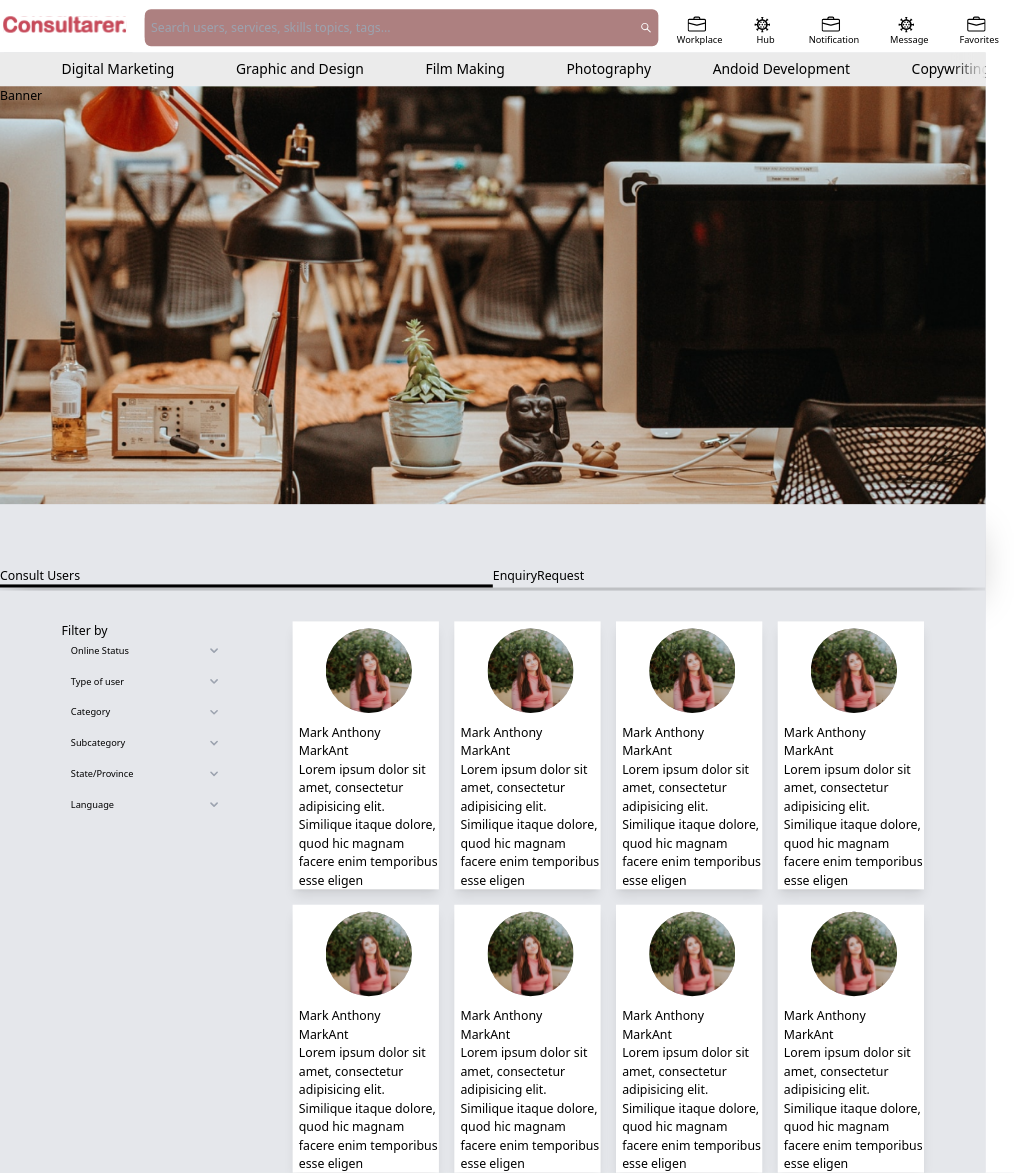
Repository: hisreal123/Consultarer
Page: /
An editor plug-in stored every save of this project. The page is shown before and after a run of saves, followed by the edit.
The browser window is 1280 px wide. The page is 1317 px wide, so the pictures cover 1317 px, including what lies to the right of the window. The pictures show the whole page, at 77% of full size.
The project was rebuilt for these pictures with package versions that can differ from the ones it lists, and the page was loaded fresh each time. The framework's server and built-in components were replaced by stand-ins that run in the browser. Also part of the build but not shown: next.config.js, webpack.config.js, components/Filter/Sortby.js.

Above is the page before, as saved 2022-04-26 00:20:14.

### pages/_app.js
import Layout from "../components/Layout";
import "../styles/globals.css";



function MyApp({ Component, pageProps }) {
  return (
    <Layout>
      <Component {...pageProps} />
    </Layout>
  );
}

export default MyApp;

### pages/index.js
import Head from "next/head";
import Image from "next/image";
import CatList from "../components/Category/CatList";
import { CatLinkData } from "../utils/CatLinkdata";
import { Banner } from "../components/Banner/Banner";
import { ContentTab } from "../components/CardContent/ContentTab";

export default function Home({ data }) {
  return (
    <div className=" ">
      <Head>
        <title>Cosultarer.</title>
        <meta name="description" content="Generated by create next app" />
        <link rel="icon" href="/favicon.ico" />
      </Head>

      <main className="bg-gray-200">
        <CatList allCatLinkData={data} />
        <Banner />
        <ContentTab />
      </main>
    </div>
  );
}

export async function getStaticProps() {
  return {
    props: {
      data: CatLinkData,
    },
    revalidate: 4 * 60 * 60,
  };
}

### components/Layout.js
import React from "react";
import { TopNav } from "./TopNav/TopNav";

const Layout = ({ children , toggle}) => {
  return (
    <div className="relative">
      <TopNav toggle={toggle}/>
      {children}
    </div>
  );
};

export default Layout;

### components/Category/CatList.js
import React from "react";
import ListLink from "./ListLink";
const CatList = ({ allCatLinkData }) => {
  return (
    <div className="relative  overflow-hidden ">
      <div className="relative">
        <ListLink data={allCatLinkData} />
      </div>
    </div>
  );
};

export default CatList;

### utils/CatLinkdata.js
// Json Array for CarTegory Section
export const CatLinkData = [
  {
    id: 1,
    Category: " Digital Marketing",
  },
  {
    id: 2,
    Category: " Graphic and Design",
  },
  {
    id: 3,
    Category: " Film Making",
  },
  {
    id: 4,
    Category: " Photography ",
  },
  {
    id: 5,
    Category: " Andoid Development ",
  },
  {
    id: 6,
    Category: " Copywriting ",
  },

  {
    id: 7,
    Category: " Photography ",
  },
  {
    id: 8,
    Category: " Andoid Development ",
  },
  {
    id: 9,
    Category: " Copywriting ",
  },
  {
    id: 10,
    Category: " Digital Marketing",
  },
  {
    id: 11,
    Category: " Graphic and Design",
  },
  {
    id: 12,
    Category: " Film Making",
  },
  {
    id: 13,
    Category: " Photography ",
  },
  {
    id: 14,
    Category: " Andoid Development ",
  },
  {
    id: 15,
    Category: " Copywriting ",
  },

  {
    id: 16,
    Category: " Photography ",
  },
  {
    id: 17,
    Category: " Andoid Development ",
  },
  {
    id: 18,
    Category: " Copywriting ",
  },
]; // End of CatLinks

// for Link Data

### components/Banner/Banner.js
import React from "react";

export const Banner = () => {
  return (
    <div className=" h-[543px]  bg-gray-200 bg-hero bg-origin-content bg-right md:bg-center bg-cover bg-no-repeat  ">
      Banner
    </div>
  );
};

### components/CardContent/ContentTab.js
import { React, Fragment, useState } from "react";
import { EnquiryRequest } from "./EnquiryRequest";
import { ConsultUsers } from "./ConsultUsers";

export const ContentTab = () => {
  const [index, setIndex] = useState(0);
  return (
    <div className="Tabs">
      <div className="tabList  grid grid-cols-2 pt-20 bg-gray-200 mb-1 shadow-2xl z-30">
        <div
          className={`tabHead   ${
            index === 0 ? " border-b-4 border-b-black   " : null
          }`}
          onClick={() => {
            setIndex(0);
          }}
        >
          <h1 className="">Consult Users</h1>
        </div>
        <div
          className={`tabHead ${
            index === 1 ? "  border-b-4 border-b-black " : null
          }`}
          onClick={() => {
            setIndex(1);
          }}
        >
          <h1>EnquiryRequest</h1>
        </div>
      </div>
      <div className="contentl ">
        <div className="tabContent" hidden={index != 0}>
          <ConsultUsers />
        </div>
        <div className="tabContent" hidden={index != 1}>
          <EnquiryRequest />
        </div>
      </div>
    </div>
  );
};

### components/TopNav/TopNav.js
import Link from "next/link";
import { React, useState } from "react";
import Search from "./Search";
import { TopNavMobile } from "../Mobile/TopNavMobile";
import { Aside } from "../Mobile/Aside";
import { AccountLinks } from "../AccountLinks";

// All design are been adjusted to mobile first
export const TopNav = () => {
  return (
    <div className=" shadow-sm ">
      {/* tablet and extended*/}
      <div className=" relative lg:flex item-center ">
        <TopNavMobile />
        <div className="wrap hidden lg:flex  lg:bg-white lg:w-screen   lg:pt-3">
          <Search
            widthStyle="  ml-4 rounded-full hidden md:block lg:mr-1 lg:flex lg:pr-2  lg:bg-[#ad8080] lg:text-white "
            inputStyle="lg:w-[643px] lg:py-2  lg:bg-[#ad8080] lg:pl-2 lg:rounded-lg lg:outline-none lg:text-white"
          />
          <div className="acct w-full relative">
            <AccountLinks />
          </div>
        </div>
      </div>
    </div>
  );
};

### components/Category/ListLink.js
import Link from "next/link";
import React from "react";
import { useRouter } from "next/router";

const ListLink = ({ data }) => {
  const router = useRouter();
  return (
    <div className="relative bg-[#EBEBEB]">
      <ul className="  relative flex whitespace-nowrap px-10 sm:px-20 space-x-10 sm:space-x-20 overflow-x-scroll scrollbar-hide py-2 md:text-lg lg:w-screen">
        {data.map((list) => (
          <li
            key={list.id}
            // onClick={() => router.push(`/${list.Category}`)}
            className="hover:scale-105 transition duration-100  cursor-pointer active:text-red-500"
          >
            {list.Category}
          </li>
        ))}
      </ul>

      <div className="absolute top-0 right-0 bg-gradient-to-l from-[#EBEBEB] h-10 w-11"></div>
    </div>
  );
};

export default ListLink;

### components/CardContent/EnquiryRequest.js
import { FilterList } from "../Filter/FilterList";
export const EnquiryRequest = () => {
  return (
    <div className="grid grid-cols-2 relative w-full bg-green-300">
    <FilterList />
    </div>
  );
};

### components/CardContent/ConsultUsers.js
import React from "react";
import { FilterList } from "../Filter/FilterList";
import { UserCard } from "./UserCard";
export const ConsultUsers = () => {
  return (
    <div className="grid grid-cols-4 pt-10 px-20 z-10 gap-20 relative w-full bg-gray-200">
      <FilterList />
      <div className="useCard col-span-3">
        <UserCard userStyle="" />
      </div>
    </div>
  );
};

### components/TopNav/Search.js
import React from "react";
import { AiOutlineSearch } from "react-icons/ai";

const Search = ({ widthStyle, mobileStyle, inputStyle , lgStyle}) => {
  return (
    <div
      className={`transition hover:shadow-md  flex items-center  relative  bg-white  justify-between pr-3 lg:mb-2 lg:rounded-lg group  ${widthStyle} ${mobileStyle} ${lgStyle}`}
    >
      <input
        type="text"
        name="search"
        id="search"
        placeholder="Search users, services, skills topics, tags... "
        className={inputStyle}
      />
      <AiOutlineSearch className="transition hover:scale-105 cursor-pointer  " />
    </div>
  );
};

export default Search;

### components/Mobile/TopNavMobile.js
import { React, useState } from "react";
import { Aside } from "../Mobile/Aside";
import { Logo } from "../Logo";
import { Profile } from "../Profile";
import Search from "../TopNav/Search";
import { MdMenu } from "react-icons/md";

export const TopNavMobile = () => {
  const [openSideBar, setOpenSideBar] = useState(false);
  return (
    <div className="mobile relative pl-1 px-2 pb-1">
      {/* mobile*/}
      {/* Adding pr-2 to make space for te search component*/}
      <div className=" relative flex justify-between items-center bg-white w-full lg:h-full">
        <div className=" relative flex items-center">
          <MdMenu
            className="text-3xl text-gray-600 mr-1 lg:hidden"
            onClick={() => setOpenSideBar(!openSideBar)}
          />
          <Logo />
        </div>
        <Profile /> {/* profile available only for mobile xs & sm screen size*/}
      </div>
      {/* Search avialable only for mobile xs & sm screen size*/}
      <Search
        widthStyle="w-full pl-2  lg:hidden"
        mobileStyle="mb-3 outline-none rounded-full border border-1 "
        inputStyle=" text-xs py-2 px-2 w-full md:text-md"
      />

      <Aside
        sidebarInfo={{ openSideBar, setOpenSideBar }}
        toggleStyle={`
      ${!openSideBar ? "-translate-x-full" : ""}
    `}
      />
    </div>
  );
};

### components/Mobile/Aside.js
import Link from "next/link";
import { React, useState } from "react";
import { GrFormClose } from "react-icons/gr";
import { AccountLinks } from "../AccountLinks";
import Divider from "../divider";
import { FilterList } from "../Filter/FilterList";
import { Logo } from "../Logo";
// Repeated Style for more than one Element
const GenDesc = "text-xs text-red-500  pl-2 py-1";

export const Aside = ({
  toggleStyle,
  sidebarInfo: { openSideBar, setOpenSideBar },
}) => {
  return (
    <div
      className={` bg-white  absolute top-0  left-0  shadow-lg overflow-hidden w-3/4  transition pb-20 z-50  md:w-50 lg:hidden
      ${openSideBar ? " " : "-translate-x-full"} ${toggleStyle}
      `}
    >
      <div className="top ">
        <div className="top flex  justify-between items-center py-2 px-2">
          <Logo />
          <GrFormClose
            className="text-3xl"
            onClick={() => setOpenSideBar(!openSideBar)}
          />
        </div>
        <Divider />
        <h4 className={GenDesc}> Account</h4>
        <AccountLinks />
        <Divider />
        <FilterList filStyle={GenDesc} />
      </div>
    </div>
  );
};

### components/AccountLinks.js
import React from "react";
import { BsBriefcase } from "react-icons/bs";
import { MdOutlineCoronavirus } from "react-icons/md";
import Divider from "./divider";

const AsideLink = [
  {
    id: 1,
    title: " Workplace",
    icon: <BsBriefcase />,
  },

  {
    id: 2,
    title: "Hub",
    icon: <MdOutlineCoronavirus />,
  },

  {
    id: 3,
    title: " Notification",
    icon: <BsBriefcase />,
  },

  {
    id: 4,
    title: "Message",
    icon: <MdOutlineCoronavirus />,
  },

  {
    id: 5,
    title: " Favorites",
    icon: <BsBriefcase />,
  },
];

export const AccountLinks = () => {
  return (
    <div className=" group md:flex md:items-center md:justify-between md:w-full relative   lg:justify-between lg:items-center">
      {AsideLink.map((item) => (
        <div
          key={item.id}
          className="flex items-center px-2 py-2 mb-1 hover:bg-red-200 last:mb-0 md:text-2xl lg:px-0 lg:pt-2 lg:flex-col lg:pl-5 lg:pr-5  lg:hover:bg-white group lg:mb-0 lg:hover:border-b lg:border-b-black transition duration-150 "
        >
          <span className="mr-2 sm:hover:text-red-400 lg:hover:text-black lg:hover:font-extrabold  transition duration-100 lg:hover:animate-bounce">
            {item.icon}
          </span>
          <h1 className="text-xs"> {item.title}</h1>
        </div>
      ))}
    </div>
  );
};

### components/Filter/FilterList.js
import Divider from "../divider";
import { FilterCheckBox } from "./FilterCheckBox";
import Sortby from "./Sortby";

export const FilterList = ({ filStyle }) => {
  return (
    <div className=" ">
      <h3 className={filStyle}> Filter by</h3>

      <div className="wrap px-2">
        <FilterCheckBox OptionTitle="Online Status" />
        <FilterCheckBox OptionTitle="Type of user" />
        <FilterCheckBox OptionTitle="Category" />
        <FilterCheckBox OptionTitle="Subcategory" />
        <FilterCheckBox OptionTitle="State/Province" />
        <FilterCheckBox OptionTitle="Language" />

        {/*<Sortby title="Sort By" subTitle="Price" />
              <Divider />
          <Sortby title=" Rating " /> */}
      </div>
    </div>
  );
};

### components/CardContent/UserCard.js
import React from "react";
import Image from "next/image";
const User = [
  {
    slug: "user1",
    ImageProfile: "/img/unsplash_x9cXI2eQLBw.svg",
    fullname: " Mark Anthony",
    username: "MarkAnt",
    verified: true,
    rank: true,
    rate: "4.5(25)",
    salary: "50",
    timePrice: "10mins",
  },

  {
    slug: "user2",
    ImageProfile: "/img/unsplash_x9cXI2eQLBw.svg",
    fullname: " Mark Anthony",
    username: "MarkAnt",
    verified: true,
    rank: true,
    rate: "4.5(25)",
    salary: "50",
    timePrice: "10mins",
  },

  {
    slug: "user3",
    ImageProfile: "/img/unsplash_x9cXI2eQLBw.svg",
    fullname: " Mark Anthony",
    username: "MarkAnt",
    verified: true,
    rank: true,
    rate: "4.5(25)",
    salary: "50",
    timePrice: "10mins",
  },

  {
    slug: "user4",
    ImageProfile: "/img/unsplash_x9cXI2eQLBw.svg",
    fullname: " Mark Anthony",
    username: "MarkAnt",
    verified: true,
    rank: true,
    rate: "4.5(25)",
    salary: "50",
    timePrice: "10mins",
  },
  {
    slug: "user5",
    ImageProfile: "/img/unsplash_x9cXI2eQLBw.svg",
    fullname: " Mark Anthony",
    username: "MarkAnt",
    verified: true,
    rank: true,
    rate: "4.5(25)",
    salary: "50",
    timePrice: "10mins",
  },

  {
    slug: "user6",
    ImageProfile: "/img/unsplash_x9cXI2eQLBw.svg",
    fullname: " Mark Anthony",
    username: "MarkAnt",
    verified: true,
    rank: true,
    rate: "4.5(25)",
    salary: "50",
    timePrice: "10mins",
  },

  {
    slug: "user7",
    ImageProfile: "/img/unsplash_x9cXI2eQLBw.svg",
    fullname: " Mark Anthony",
    username: "MarkAnt",
    verified: true,
    rank: true,
    rate: "4.5(25)",
    salary: "50",
    timePrice: "10mins",
  },

  {
    slug: "user8",
    ImageProfile: "/img/unsplash_x9cXI2eQLBw.svg",
    fullname: " Mark Anthony",
    username: "MarkAnt",
    verified: true,
    rank: true,
    rate: "4.5(25)",
    salary: "50",
    timePrice: "10mins",
  },
];

export const UserCard = ({ userStyle }) => {
  return (
    <div className={`cardWrapper relative `}>
      <div className="cardContent">
        <div className=" details relative  grid grid-cols-4 gap-5 ">
          {User.map((user, slug) => (
            <div
              className={` user relative flex flex-col bg-white pt-2 pl-2 shadow-lg ${userStyle}`}
              key={slug}
            >
              <div className="relative h-7 w-28 self-center  mb-24 ">
                <Image
                  src={user.ImageProfile}
                  height="100"
                  width="100"
                  layout="responsive"
                  alt="profile Image"
                />
              </div>
              <div className="infos relative">
                <h3 className=" font-medium ">
                  {user.fullname}
                  {user.verified}
                </h3>
                <h3> {user.username} </h3>

                <p>
                  Lorem ipsum dolor sit amet, consectetur adipisicing elit.
                  Similique itaque dolore, quod hic magnam facere enim
                  temporibus esse eligen
                </p>
              </div>
            </div>
          ))}
        </div>
      </div>
    </div>
  );
};

### components/Logo.js
import Link from "next/link";
import React from "react";
import LogoPic from "../public/img/logo.svg";
export const Logo = () => {
  return (
    <div>
      <Link href="#">
        <a className="cursor-pointer">
          <LogoPic className="h-10 w-28 md:w-36 lg:h-30 lg:w-40 lg:pt-2 lg:pb-2" />
        </a>
      </Link>
    </div>
  );
};

### components/Profile.js
import React from "react";
import ProfilePic from "../public/img/unsplash_x9cXI2eQLBw.svg";

export const Profile = () => {
  return (
    <div className="group absolute right-0 pr-2 lg:hidden transition duration-150">
      <ProfilePic className="text-3xl group:hover:shadow-lg " />
      <span className="bg-green-600 h-2 w-2 absolute z-10 bottom-1 right-2  rounded-full "></span>
    </div>
  );
};

### components/divider.js
import React from "react";

function Divider() {
  return <div className="divider h-[0.08px] w-full bg-gray-300 "></div>;
}

export default Divider;

### components/Filter/FilterCheckBox.js
import { useState } from "react";
import { Listbox, Transition } from "@headlessui/react";
import { ChevronDownIcon } from "@heroicons/react/solid";

const people = [
  { id: 2, title: "Online Status" },
  { id: 3, title: "Option2" },
  { id: 4, title: "Option3" },
  { id: 5, title: "Option4" },
  { id: 5, title: "Option5" },
];

export const FilterCheckBox = ({ OptionTitle }) => {
  const [selectedPerson, setSelectedPerson] = useState(people[0]);
  return (
    <Listbox value={selectedPerson} onChange={setSelectedPerson}>
      <div className="wrap ">
        <Listbox.Button className="mb-3 p-1 text-xs flex items-center w-full  justify-between   ">
          <span className="">{OptionTitle || selectedPerson.title}</span>
          <ChevronDownIcon className="w-5 h-5 text-gray-400" />
        </Listbox.Button>

        <Listbox.Options className="px-1 bg-gray-200 relative">
          {people.map((person) => (
            /* Disabled options will be skipped by keyboard navigation. */
            <Listbox.Option
              key={person.id}
              value={person}
              className="text-xs py-1 md:text-lg "
            >
              {({ active, selected }) => (
                <li
                  className={` py-1 px-2 ${
                    active ? "bg-blue-500 text-white " : "text-black"
                  }`}
                >
                  {selected}
                  {person.title}
                </li>
              )}
            </Listbox.Option>
          ))}
        </Listbox.Options>
      </div>
    </Listbox>
  );
};

### tailwind.config.js
module.exports = {
  mode: "jit",
  content: [
    "./pages/**/*.{js,ts,jsx,tsx}",
    "./components/**/*.{js,ts,jsx,tsx}",
  ],
  theme: {
    extend: {
      backgroundImage: {
        hero: "url('/img/BannerImage.png')",
      },
    },
  },
  plugins: [require("tailwind-scrollbar-hide")],
};

Loaded but not shown: styles/globals.css (common file)

After the next 4 saves:
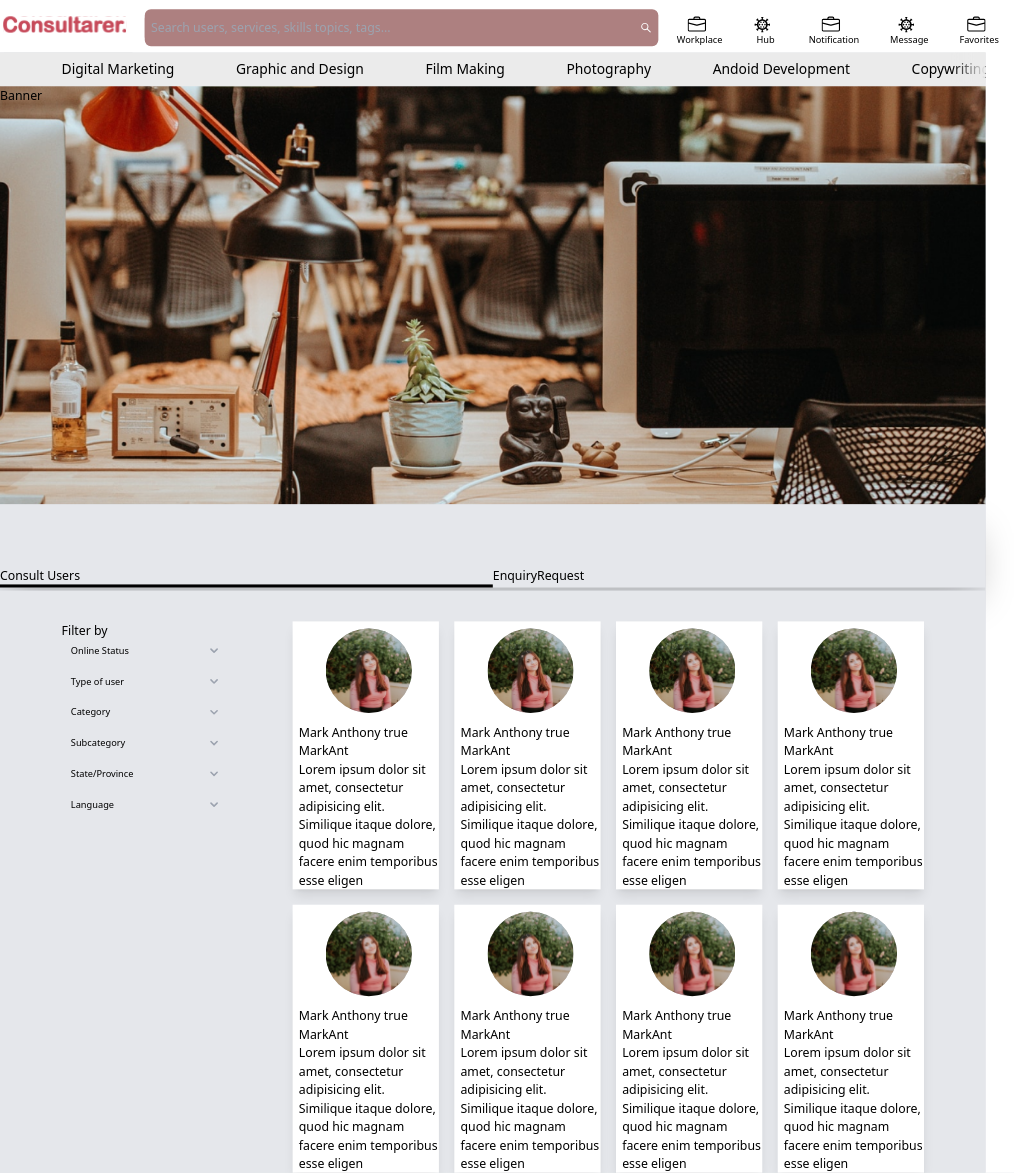
The 4 saves are shown as one change because 1 did not build or start and some came seconds apart.
The last was saved 16 s later.
--- a/components/CardContent/UserCard.js
+++ b/components/CardContent/UserCard.js
@@ -119,7 +119,7 @@ export const UserCard = ({ userStyle }) => {
               <div className="infos relative">
                 <h3 className=" font-medium ">
                   {user.fullname}
-                  {user.verified}
+                  {user.verified ? " true" : " false"}
                 </h3>
                 <h3> {user.username} </h3>
 
